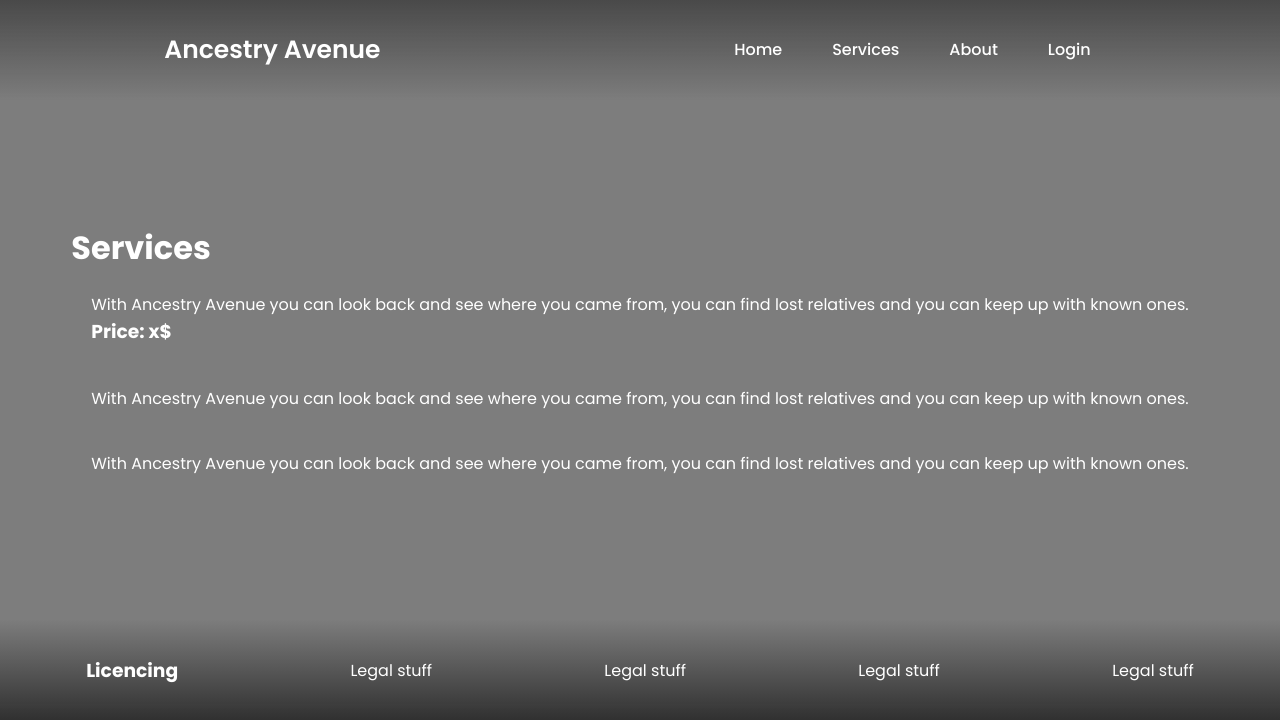
Repository: Erik-Paulin/24wuab
Page: services.html
These files come from the project's save history. The page is drawn as it stood at one moment and after the next save; the edit follows.
The browser window is 1280 px wide. The pictures show the whole page.

Above is the page before, as saved 2024-05-04 17:28:55.
Console error: TypeError: Cannot read properties of null (reading 'addEventListener')

After the next save:
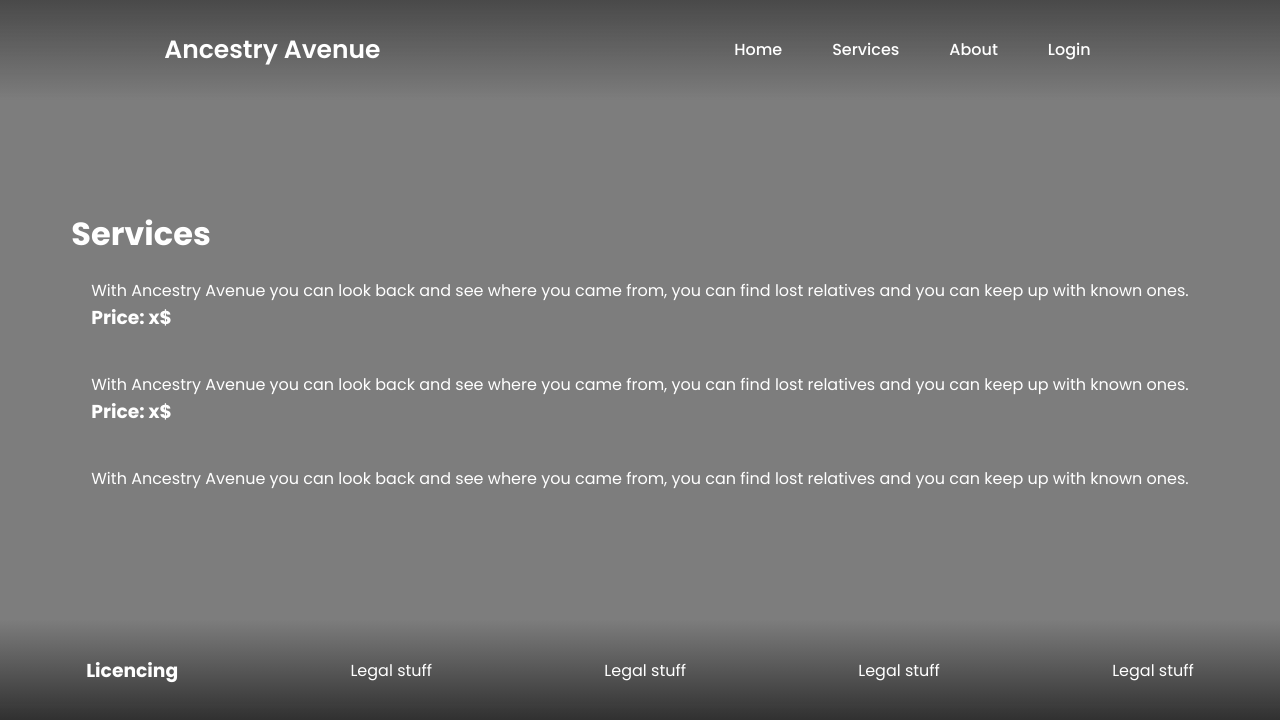
Saved 17 s later.
--- a/services.html
+++ b/services.html
@@ -58,15 +58,20 @@
           </div>
           <div>
             <div>
-
+              <img src="" alt="">
             </div>
             <div class="info">
+              <h2>
+
+              </h2>
               <p>
                 With Ancestry Avenue you can look back and see where you came
                 from, you can find lost relatives and you can keep up with known
                 ones.
               </p>
-            </div>
+              <h3>
+                Price: x$
+              </h3>
           </div>
           <div>
             <div>
